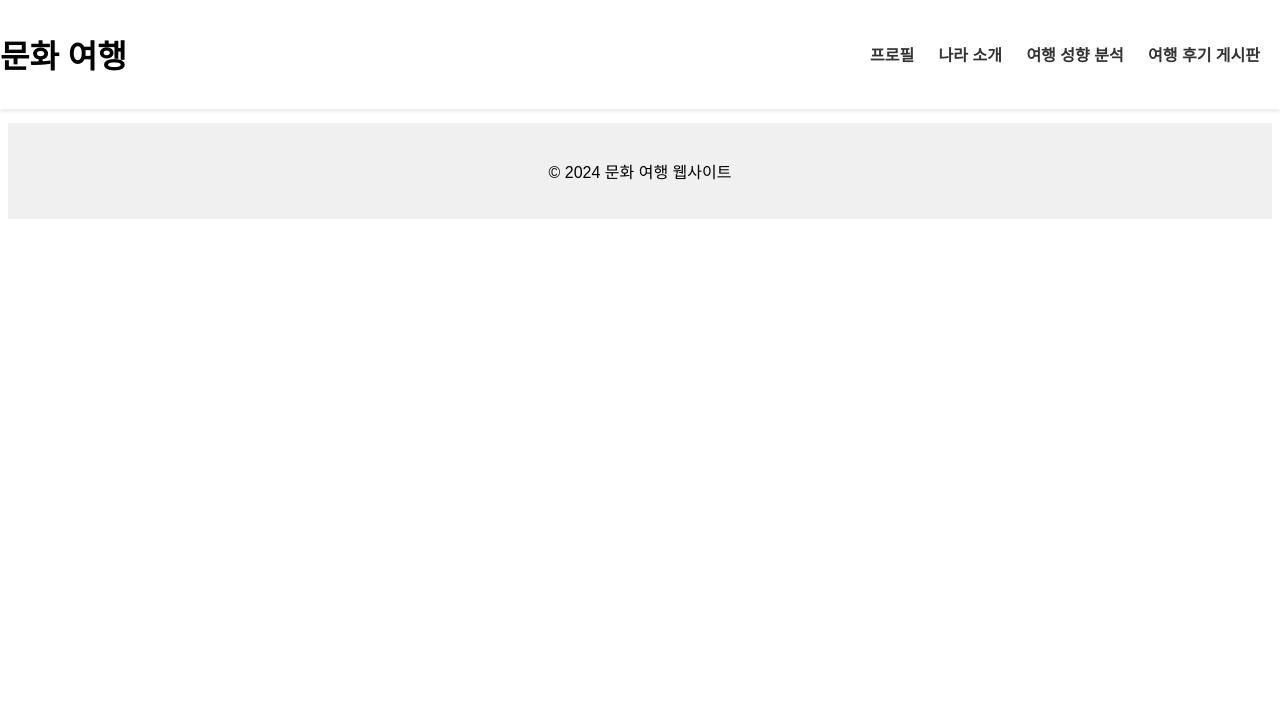
Repository: LifeIsRightward/WebServer
Page: http://localhost/JSPBook/Project/index.jsp?id=null
The author's editor kept a copy of each file at every save. The page is drawn from the files as they stood at one save, then again after the next save.
The browser window is 1280 px wide. The pictures show the whole page.
The page is served by Tomcat 9. Other server files are loaded and not shown.

Above is the page before, as saved 2024-06-04 15:34:08.

### JSPBook/src/main/webapp/Project/index.jsp
<%@ page language="java" contentType="text/html; charset=EUC-KR"
    pageEncoding="EUC-KR"%>
<!DOCTYPE html>
<html>
<head>
<meta charset="EUC-KR">
<title>Insert title here</title>
<style>
/* style.css */


body {
    background-image: url("file:///C:/Users/Kimmeohyun/Desktop/wallpaperbetter.jpg"); /* 전체 배경 이미지 설정 */
    background-size: cover; /* 배경 이미지 크기 조절 */
    background-position: center; /* 배경 이미지 위치 조절 */
    background-attachment: fixed; /* 스크롤해도 배경 이미지 고정 */
    font-family: sans-serif; /* 글꼴 설정 */
}

header {
	display: flex; /* header를 flexbox로 설정 */
    align-items: center; /* 항목들을 중앙 정렬 */
    justify-content: space-between; /* 항목들을 양쪽 끝으로 분산 */
    position: fixed; /* 네비게이션바 고정 */
    top: 0; /* 상단에 위치 */
    left: 0; /* 왼쪽에 위치 */
    width: 100%; /* 전체 너비 차지 */
    background-color: #fff; /* 배경색 */
    padding: 10px 0; /* 여백 설정 */
    box-shadow: 0 2px 4px rgba(0, 0, 0, 0.1); /* 그림자 효과 */
}

nav ul {
    list-style: none; /* 기본 목록 스타일 제거 */
    margin-right: 20px;
    padding: 0; /* 여백 제거 */
    text-align: right; /* 오른쪽 정렬 */
}

nav li {
    display: inline-block; /* li 요소를 가로로 나열 */
    margin-left: 20px; /* 각 li 요소 사이 여백 */
}

nav a {
    color: #333; /* 링크 색상 */
    text-decoration: none; /* 기본 텍스트 장식 제거 */
    font-weight: bold; /* 글씨체 강조 */
}

nav a:hover {
    color: #000; /* 마우스 호버 시 링크 색상 변경 */
}

main {
    padding: 20px; /* 본문 콘텐츠 여백 */
}

section {
    margin-bottom: 20px; /* 각 섹션 하단 여백 */
}

footer {
    text-align: center; /* 푸터 가운데 정렬 */
    padding: 20px;
    background-color: #f0f0f0;
}



</style>
</head>
<body>
    <header>
        <h1>문화 여행</h1>
        <nav>
            <ul>
                <li><a href="#">프로필</a></li>
                <li><a href="#">나라 소개</a></li>
                <li><a href="#">여행 성향 분석</a></li>
                <li><a href="#">여행 후기 게시판</a></li>
            </ul>
        </nav>
    </header>

    <main>
        <section id="introduce">
            <h2>사이트 소개</h2>
         </section>
    </main>

    <footer>
        <p>&copy; 2024 문화 여행 웹사이트</p>
    </footer>
</body>
</html>

After the next save:
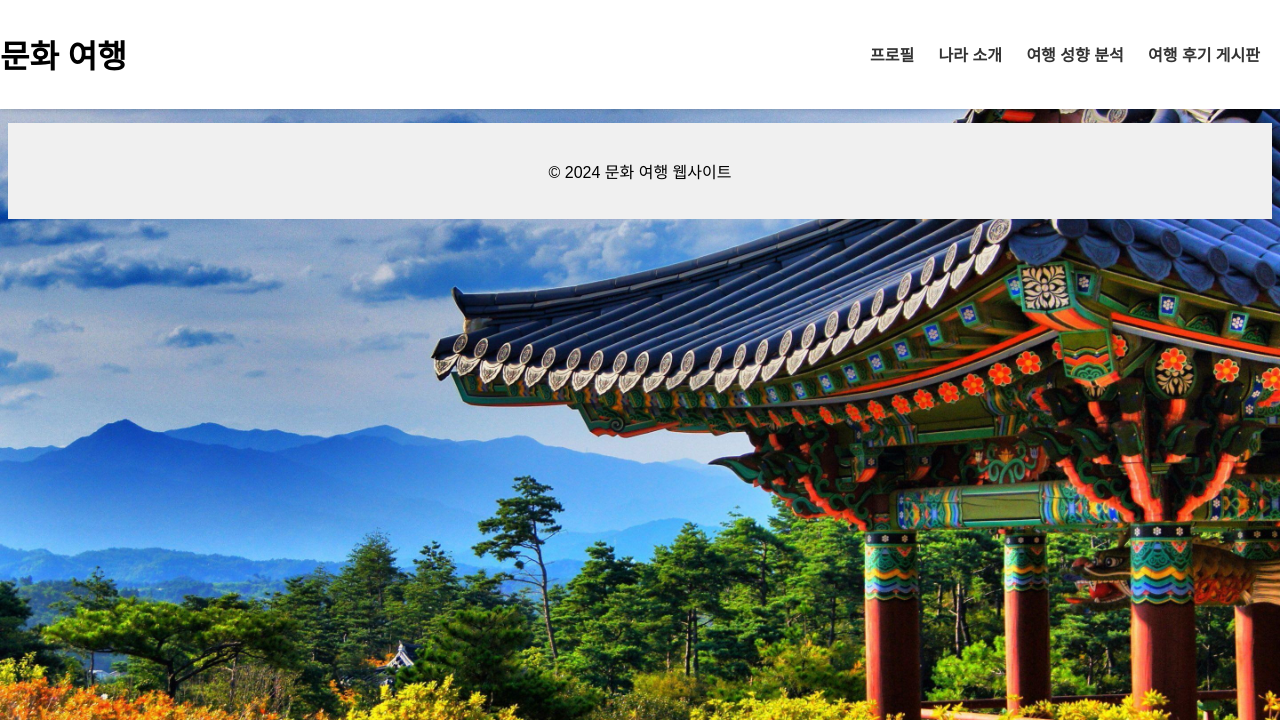
Saved 61 s later.
--- a/JSPBook/src/main/webapp/Project/index.jsp
+++ b/JSPBook/src/main/webapp/Project/index.jsp
@@ -10,7 +10,7 @@
 
 
 body {
-    background-image: url("file:///C:/Users/Kimmeohyun/Desktop/wallpaperbetter.jpg"); /* 전체 배경 이미지 설정 */
+    background-image: url("./assets/background.jpg"); /* 전체 배경 이미지 설정 */
     background-size: cover; /* 배경 이미지 크기 조절 */
     background-position: center; /* 배경 이미지 위치 조절 */
     background-attachment: fixed; /* 스크롤해도 배경 이미지 고정 */
